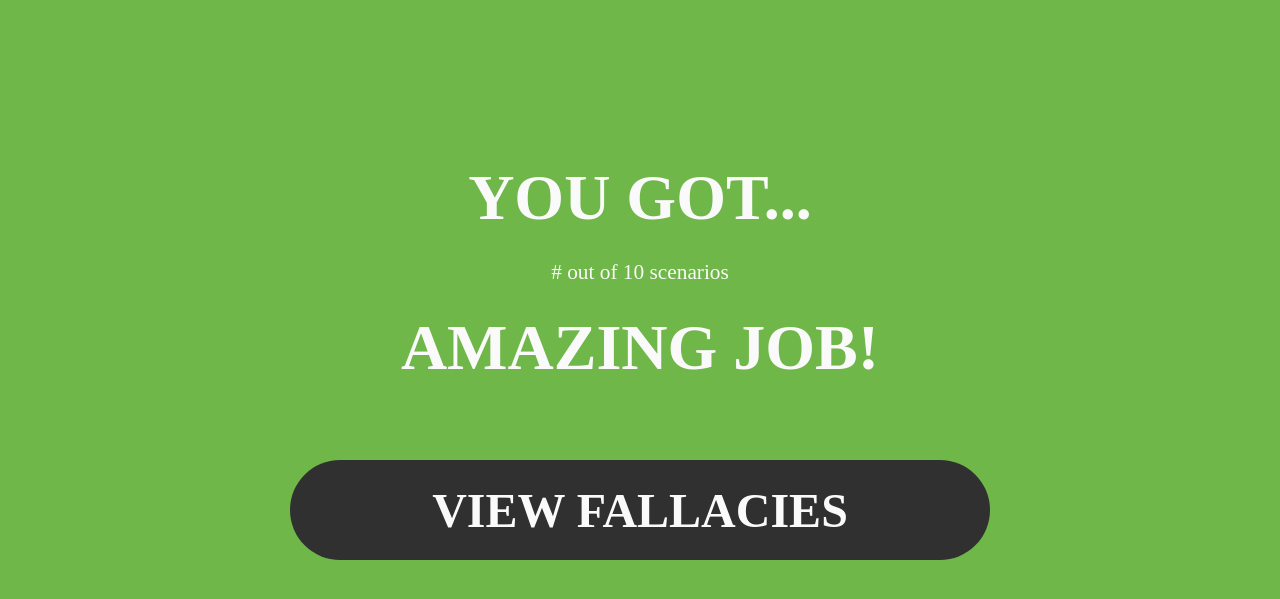
Repository: cindyvunguyen/fallacy
Page: index.html
The author's editor kept a copy of each file at every save. The page is drawn from the files as they stood at one save, then again after the next save.
The browser window is 1280 px wide. The pictures show the whole page.
Some web fonts or font styles are not loaded; a fallback is used.

Above is the page before, as saved 2020-03-12 17:09:48.

### index.html
<!DOCTYPE html>
<html lang="en">
<head>
    <meta charset="UTF-8">
    <meta name="viewport" content="width=device-width, initial-scale=1.0">
    <title>FALLACIES</title>
    <link href="style.css" rel="stylesheet" type="text/css">
</head>
<body>
    <div id="app">

        <!-- CINDY START -->

        <div id="home-page"></div>

        <div id="lets-start-page"></div>

        <div id="question-page"></div>

        <!-- CINDY END -->

        <!-- SOPHIA START -->

        <div id="correct-page">
            <div id="icon"></div>
            <div id="cp-text1">HORRAY!</div>
            <div id="cp-a-outcome">
                <div id="cp-text2">You avoided the</div>
                <div id="cp-fallacy">BANDWAGON FALLACY</div>
                <div id="cp-text2">which is</div>
            </div>
            <div id="cp-definition">Listening to what is popular instead of listening to yourself.</div>
            <button class="white-button">NEXT QUESTION</button>
        </div>

        <div id="incorrect-page">
            <div id="icon"></div>
            <div id="cp-text1">OH NO!</div>
            <div id="cp-a-outcome">
                <div id="cp-text2">You committed the</div>
                <div id="cp-fallacy">BANDWAGON FALLACY</div>
                <div id="cp-text2">which is</div>
            </div>
            <div id="cp-definition">Listening to what is popular instead of listening to yourself.</div>
            <button class="white-button">NEXT QUESTION</button>
        </div>

        <!-- the two above pages technically have the same HTML. so you can only have 1 div and change the CSS through JS. it's entirely up to you. -->

        <div id="results-page">
            <div id="rp-text">
                <div id="rp-message">YOU GOT...</div>
                <div id="rp-results"># out of 10 scenarios</div>
                <div id="rp-message">AMAZING JOB!</div>
            </div>
            <button class="grey-button">VIEW FALLACIES</button>
        </div>

        <div id="game-over-page"></div>

        <!-- the two above pages technically have the same HTML, so you can only have 1 div and change the CSS through JS. it's entirely up to you. -->

        <!-- SOPHIA END -->

        <!-- CHLOE START -->

        <div id="review-page"></div>

        <div id="review2-page"></div>

        <div id="fallacy-review-page"></div>

        <div id="three-fallacies-page"></div>
        <!-- change the page's content with JS to show all three fallacies when clicked -->

        <!-- CHLOE END -->
        <script src="js.js"></script>
    </div>
</body>
</html>

### style.css
body {
    margin: 0;
}

#app {
    width: 100vw;
    height: 100vh;
    font-family: Visby;
    background-color: #468091;
    color: #FAFAFA;
}

@font-face {
    font-family: Visby;
    src: url(fonts/VisbyRoundCF-Regular.otf) format("woff");
}

@font-face {
    font-family: Visby;
    src: url(fonts/VisbyRoundCF-ExtraBold.otf) format("woff");
    font-weight: bold;
}

.pink-button {
    height: 100px;
    width: 700px;
    background-color: #ed2265;
    border: 0px;
    border-radius: 75px;
    font-family: Visby;
    font-weight: bold;
    font-size: 36pt;
    color: #FAFAFA;
    outline: 0;
}

.pink-button:active {
    background-color: #9c1542;
}

.white-button {
    height: 100px;
    width: 700px;
    background-color: #FAFAFA;
    border: 0px;
    border-radius: 75px;
    font-family: Visby;
    font-weight: bold;
    font-size: 36pt;
    color: #303030;
    outline: 0;
}

.white-button:active {
    background-color: #9e9e9e;
}

.grey-button {
    height: 100px;
    width: 700px;
    background-color: #303030;
    border: 0px;
    border-radius: 75px;
    font-family: Visby;
    font-weight: bold;
    font-size: 36pt;
    color: #FAFAFA;
    outline: 0;
}

.grey-button:active {
    background-color: #000000;
}

/* CINDY START */

/* CINDY END */

/* SOPHIA START */

/* correct page */
#correct-page {
    width: 100vw;
    height: 100vh;
    /* display: flex; */
    display: none;
    flex-direction: column;
    align-items: center;
    justify-content: center;
    background-color: #6eb748; /* incorrect, change to #860000*/
}

#icon {
    background-color: olive;
    width: 150px;
    height: 150px;
    border-radius: 50%;
}

#cp-text1 {
    font-size: 36pt;
    font-weight: bold;
    padding: 35px 0;
}

#cp-text2 {
    font-size: 16pt;
    font-weight: bold;
}

#cp-fallacy {
    font-size: 36pt;
    font-weight: bold;
}

#cp-definition {
    font-size: 16pt;
    line-height: 150px;
}

#cp-a-outcome {
    line-height: 60px;
    display: flex;
    flex-direction: column;
    align-items: center;
    justify-content: center;
}

/* icorrect page */
#incorrect-page {
    width: 100vw;
    height: 100vh;
    /* display: flex; */
    display: none;
    flex-direction: column;
    align-items: center;
    justify-content: center;
    background-color: #860000;
}

#incorrect-icon {
    background-color: olive;
    width: 150px;
    height: 150px;
    border-radius: 50%;
}

#ip-text1 {
    font-size: 36pt;
    font-weight: bold;
    padding: 35px 0;
}

#ip-text2 {
    font-size: 16pt;
    font-weight: bold;
}

#ip-fallacy {
    font-size: 36pt;
    font-weight: bold;
}

#ip-definition {
    font-size: 16pt;
    line-height: 150px;
}

#ip-a-outcome {
    line-height: 60px;
    display: flex;
    flex-direction: column;
    align-items: center;
    justify-content: center;
}

/* results page */
#results-page {
    width: 100vw;
    height: 100vh;
    display: flex;
    /* display: none; */
    flex-direction: column;
    align-items: center;
    justify-content: center;
    background-color: #6eb748; /* incorrect, change to #860000*/
}

#rp-text {
    padding: 0 0 75px 0;
    line-height: 75px;
    display: flex;
    flex-direction: column;
    align-items: center;
    justify-content: center;
}

#rp-message {
    font-size: 48pt;
    font-weight: bold;
}

#rp-results {
    font-size: 16pt;
}

/* SOPHIA END */

/* CHLOE START */

/* CHLOE END */

### js.js
// CINDY START

// CINDY END

// SOPHIA START

// SOPHIA END

// CHLOE START

// CHLOE END

After the next save:
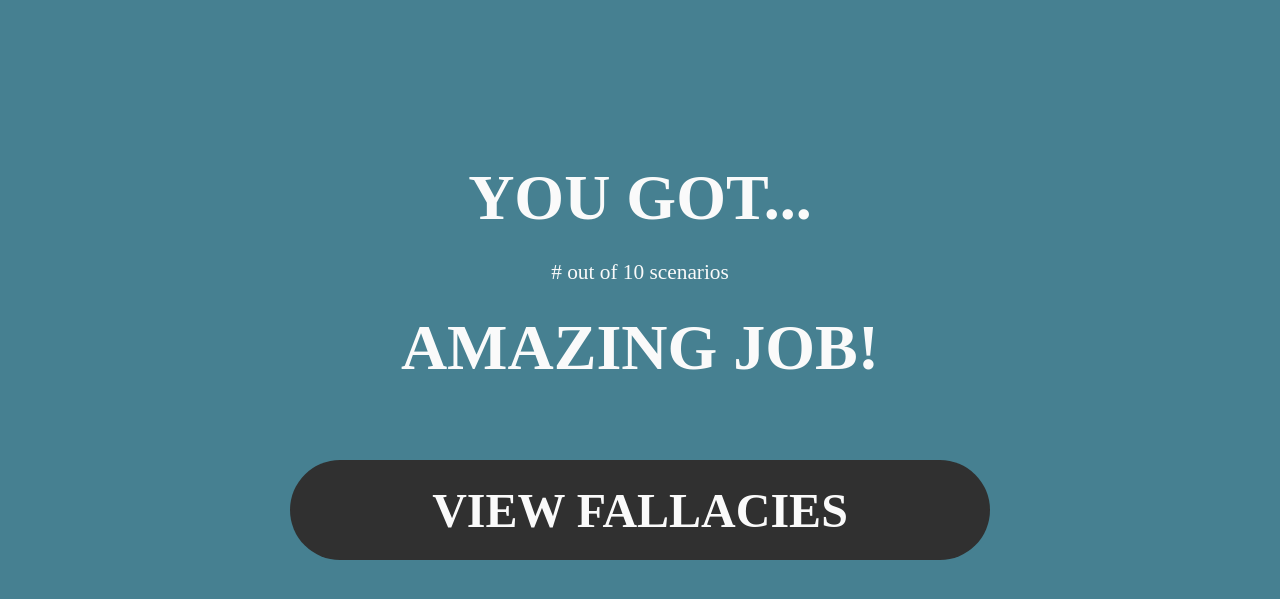
Saved 32 s later.
--- a/style.css
+++ b/style.css
@@ -182,8 +182,7 @@ body {
     /* display: none; */
     flex-direction: column;
     align-items: center;
-    justify-content: center;
-    background-color: #6eb748; /* incorrect, change to #860000*/
+    justify-content: center; /* game over, change to #860000*/
 }
 
 #rp-text {
